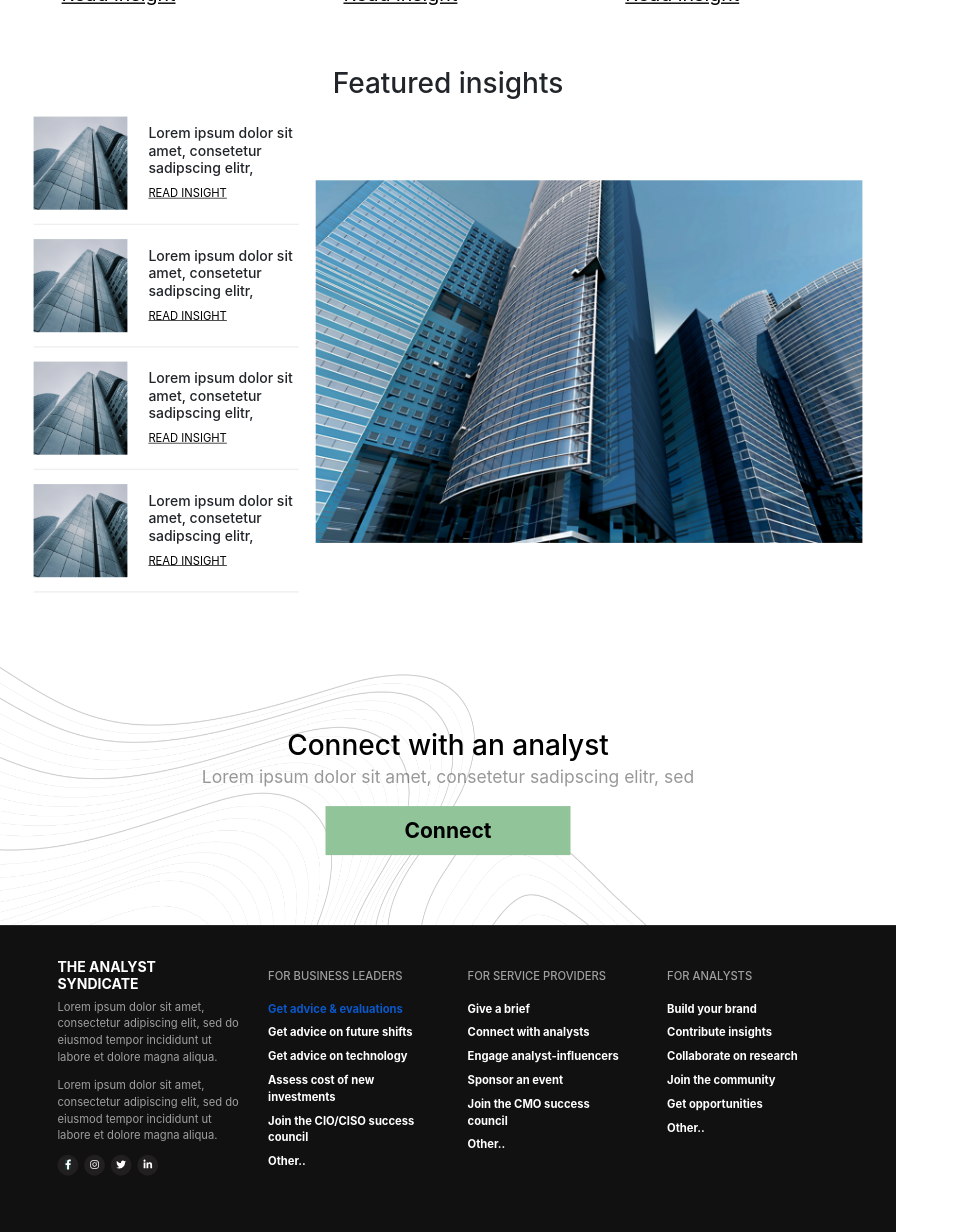
Repository: arif286/Business-webpage
Page: /
The author's editor kept a copy of each file at every save. The page is drawn from the files as they stood at one save, then again after the next save.
The browser window is 1280 px wide. The page is 1361 px wide, so the pictures cover 1361 px, including what lies to the right of the window. The pictures show the part of the page from y = 1942 to 3702 px (the page is 3702 px tall), at 70% of full size.
The pointer rests on the first visible `.list-item`.
The project was rebuilt for these pictures with package versions that can differ from the ones it lists, and the page was loaded fresh each time. Also part of the build but not shown: src/components/MainHeader/MainHeader.css, src/components/NotFound/NotFound.js.

Above is the page before, as saved 2021-05-27 21:17:51.

### src/App.js
import "bootstrap/dist/css/bootstrap.min.css";
import { BrowserRouter as Router, Route, Switch } from "react-router-dom";
import Home from "./components/Home/Home";
import NotFound from "./components/NotFound/NotFound";
function App() {
  return (
    <Router>
      <Switch>
        <Route path="/">
          <Home />
        </Route>
        <Route exact path="/">
          <Home />
        </Route>
        <Route path="*">
          <NotFound />
        </Route>
      </Switch>
    </Router>
  );
}

export default App;

### src/components/Home/Home.js
import React from 'react';
import Blog from '../Blog/Blog';
import Community from '../Community/Community';
import Contact from '../Contact/Contact';
import Featured from '../Featured/Featured';
import Footer from '../Footer/Footer';
import MainHeader from '../MainHeader/MainHeader';
import Testimonial from '../Testimonial/Testimonial';
import TopHeader from '../TopHeader/TopHeader';

const Home = () => {
    return (
        <>
            <TopHeader />
            <MainHeader />
            <Community />
            <Testimonial />
            <Blog />
            <Featured />
            <Contact />
            <Footer/>
        </>
    );
};

export default Home;

### src/components/Community/Community.js
import React from 'react';
import { Col, Row } from 'react-bootstrap';
import './Community.css';

const Community = () => {
    return (
      <div className='px-5'>
        <h2 className="engage-title">Engage with our community</h2>
        <Row>
          <Col md={12} lg={4} className="pb-4">
            <div className="engage-text engage-1">
              <p>Connect & Network with our community of thought leaders</p>
            </div>
          </Col>
          <Col md={12} lg={4} className="pb-4">
            <div className="engage-text engage-2">
              <p>Connect & Network with our community of thought leaders</p>
            </div>
          </Col>
          <Col md={12} lg={4} className="pb-4">
            <div className="engage-text engage-2">
              <p>Connect & Network with our community of thought leaders</p>
            </div>
          </Col>
        </Row>
      </div>
    );
};

export default Community;

### src/components/Contact/Contact.js
import React from 'react';
import './Contact.css';

const Contact = () => {
    return (
      <div className="connect-area">
        <div className="connect-wrap">
          <h3>Connect with an analyst</h3>
          <p>Lorem ipsum dolor sit amet, consetetur sadipscing elitr, sed</p>
          <a href="http">Connect</a>
        </div>
      </div>
    );
};

export default Contact;

### src/components/Featured/Featured.js
import React from "react";
import { Col, Row } from "react-bootstrap";
import sideBanner from "../../Images/f1.png";
import featuredImage from "../../Images/f3.png";
import FeaturedColumn from "./FeaturedColumn";

const FeaturedData = [
  {
    image: featuredImage,
    text: "Lorem ipsum dolor sit amet, consetetur sadipscing elitr,",
  },
  {
    image: featuredImage,
    text: "Lorem ipsum dolor sit amet, consetetur sadipscing elitr,",
  },
  {
    image: featuredImage,
    text: "Lorem ipsum dolor sit amet, consetetur sadipscing elitr,",
  },
  {
    image: featuredImage,
    text: "Lorem ipsum dolor sit amet, consetetur sadipscing elitr,",
  },

];
const Featured = () => {
  return (
    <div className="px-5">
      <h1 className='text-center mt-md-3 mb-4'>Featured insights</h1>
      <Row className='align-items-center'>
        <Col sm={12} lg={4}>
          {FeaturedData.map((item) => (
            <FeaturedColumn card={item} />
          ))}
        </Col>
        <Col sm={12} lg={8}>
          <img className='w-100' src={sideBanner} alt="" />
        </Col>
      </Row>
    </div>
  );
};

export default Featured;

### src/components/MainHeader/MainHeader.js
import { faBars } from '@fortawesome/free-solid-svg-icons';
import { FontAwesomeIcon } from "@fortawesome/react-fontawesome";
import React from 'react';
import { Nav, Navbar } from 'react-bootstrap';
import './MainHeader.css';
const MainHeader = () => {
    const Bars = <FontAwesomeIcon icon={faBars} />;
    return (
      <div className="container-fluid">
        <Navbar className="px-5" expand="md">
          <Navbar.Brand href="#home">{Bars}</Navbar.Brand>
          <Navbar.Toggle aria-controls="basic-navbar-nav" />
          <Navbar.Collapse id="basic-navbar-nav">
            <Nav className="mr-auto">
              <Nav.Link href="#home">Home</Nav.Link>
              <Nav.Link href="#link">Insights</Nav.Link>
              {/* <NavDropdown title="Dropdown" id="basic-nav-dropdown">
                <NavDropdown.Item href="#action/3.1">Action</NavDropdown.Item>
                <NavDropdown.Item href="#action/3.2">
                  Another action
                </NavDropdown.Item>
                <NavDropdown.Item href="#action/3.3">
                  Something
                </NavDropdown.Item>
                <NavDropdown.Divider />
                <NavDropdown.Item href="#action/3.4">
                  Separated link
                </NavDropdown.Item>
              </NavDropdown> */}
              <Nav.Link href="#link">Services</Nav.Link>
              <Nav.Link href="#link">Community</Nav.Link>
              <Nav.Link href="#link">Events</Nav.Link>
              <Nav.Link href="#link">About US</Nav.Link>
            </Nav>
          </Navbar.Collapse>
        </Navbar>
      </div>
    );
};

export default MainHeader;

### src/components/Testimonial/Testimonial.js
import React from "react";
import SliderImage from "../../Images/meer-shap.png";
import Image from '../../Images/meet.png';
import './Testimonial.css';

const Testimonial = () => {
  return (
    <div className="px-5">
      <div
        id="carouselExampleIndicators"
        class="carousel slide"
        data-bs-ride="carousel"
      >
        <div class="carousel-indicators">
          <button
            type="button"
            data-bs-target="#carouselExampleIndicators"
            data-bs-slide-to="0"
            class="active"
            aria-current="true"
            aria-label="Slide 1"
          ></button>
          <button
            type="button"
            data-bs-target="#carouselExampleIndicators"
            data-bs-slide-to="1"
            aria-label="Slide 2"
          ></button>
        </div>
        <div className="carousel-inner">
          <div class="carousel-item carousel-bg active">
            <div className="meet-bg">
              <img src={SliderImage} alt="" />
            </div>
            <div className="testi-btn">
              <a href="http">Testimonial</a>
            </div>
            <div className="row">
              <div className='d-lg-flex align-items-center '>
                <div className="meet-img text-center">
                  <img src={Image} alt="" />
                </div>
                <div className="meet-content text-center pb-5">
                  <h4>Meet Edward, CEO of HappyFoods</h4>
                  <p>
                    “Working with the syndicate involves carefully analysing
                    rapidly changing trends & creating the future”
                  </p>
                  <a href="http">CONNECT WITH AN ANALYST</a>
                </div>
              </div>
            </div>
          </div>
          <div class="carousel-item carousel-bg ">
            <div className="meet-bg">
              <img src={SliderImage} alt="" />
            </div>
            <div className="test-btn">
              <a href="http">Testimonial</a>
            </div>
            <div className="row">
              <div>
                <div className="meet-img">
                  <img src={Image} alt="" />
                </div>
                <div className="meet-content">
                  <h4>Meet Edward, CEO of HappyFoods</h4>
                  <p>
                    “Working with the syndicate involves carefully analysing
                    rapidly changing trends & creating the future”
                  </p>
                  <a href="http">CONNECT WITH AN ANALYST</a>
                </div>
              </div>
            </div>
          </div>
        </div>
      </div>
    </div>
  );
};

export default Testimonial;

### src/components/TopHeader/TopHeader.js
import { faFacebook, faInstagram, faLinkedin, faTwitter } from '@fortawesome/free-brands-svg-icons';
import { FontAwesomeIcon } from "@fortawesome/react-fontawesome";
import React from 'react';
import { Col, Row } from 'react-bootstrap';
import './TopHeader.css';

const TopHeader = () => {
    const Facebook = <FontAwesomeIcon icon={faFacebook} />;
    const Twitter = <FontAwesomeIcon icon={faTwitter} />;
    const Instagram = <FontAwesomeIcon icon={faInstagram} />;
    const LinkedIn = <FontAwesomeIcon icon={faLinkedin} />;
    return (
      <div className="header-top">
        <div className="container-fluid">
          <Row>
            <Col lg={12}>
              <div className="d-flex align-items-center justify-content-between">
                <div className="header-top-icon">
                  <a href="#h">{Facebook}</a>
                  <a href="#h">{Instagram}</a>
                  <a href="#h">{Twitter}</a>
                  <a href="#h">{LinkedIn}</a>
                </div>
                <div className='header-top-text'>
                  <p>The Analyst syndicate</p>
                </div>
                <div className="header-top-btn">
                  <a href='#l'>Let's Talk</a>
                </div>
              </div>
            </Col>
          </Row>
        </div>
      </div>
    );
};

export default TopHeader;

### src/components/Blog/Blog.css
.event-area {
  height: 900px;
  padding-bottom: 0;
  background: #fff;
}
.single-top p {
  font-size: 20px;
  color: #000;
  opacity: 0.5;
  line-height: 40px;
  margin-bottom: 10px;
}
.blog-img {
  position: relative;
}
.blog-img img {
  transition: 0.6s;
}
.ig-btn {
  width: 165px;
  height: 43px;
  background: #00a6fb;
  display: flex;
  align-items: center;
  justify-content: center;
  color: #fff;
  font-size: 17px;
  font-weight: 700;
  position: absolute;
  top: 30px;
  left: 20px;
  border: 2px solid transparent;
  transition: 0.3s;
}
.blog-wrap {
  position: relative;
}
.event-content-wrap.new-wrap {
  bottom: -327px;
}
.event-content-wrap {
  background: #fff;
  padding: 30px 40px;
  width: 508px;
  position: absolute;
  bottom: -137px;
}
.new-box-wrap h4 {
  font-size: 32px;
  color: #000000;
  line-height: 40px;
  font-weight: 700;
}
.new-box-wrap p {
  font-size: 20px;
  line-height: 40px;
  color: #000000;
  margin-bottom: 20px;
}
.new-box-wrap a {
  font-size: 28px;
  color: #000;
  text-decoration: underline;
}
@media (min-width: 1440px) and (max-width: 1800px) {
  .event-content-wrap {
    background: #fff;
    padding: 30px 40px;
    width: 424px;
    position: absolute;
    bottom: -137px;
  }
  .new-box-wrap h4 {
    font-size: 23px;
    line-height: 28px;
  }
  .new-box-wrap p {
    font-size: 18px;
    line-height: 32px;
    margin-bottom: 20px;
  }
  .new-box-wrap a {
    font-size: 21px;
  }
  .event-area {
    height: 800px;
  }
}

@media (min-width: 992px) and (max-width: 1200px) {
  .event-content-wrap.new-wrap {
    bottom: -223px;
    position: unset;
    bottom: 0;
    margin-top: -78px;
    position: relative;
  }
  .event-content-wrap {
    padding: 20px 20px;
    width: 268px;
    bottom: -137px;
  }
  .new-box-wrap h4 {
    font-size: 19px;
    line-height: 26px;
  }
  .new-box-wrap p {
    font-size: 18px;
    line-height: 25px;
    margin-bottom: 12px;
  }
  .new-box-wrap a {
    font-size: 20px;
  }
  .event-area {
    height: auto;
  }
}
@media (min-width: 1200px) and (max-width: 1400px) {
  .event-area {
    height: 720px;
  }
}

@media (min-width: 768px) and (max-width: 991px) {
  .event-content-wrap {
    padding: 20px 20px;
    width: 460px;
    bottom: -137px;
    position: relative;
    bottom: 0;
    margin-top: -55px;
  }
  .event-content-wrap.new-wrap {
    bottom: -223px;
    position: unset;
    bottom: 0;
    margin-top: -78px;
    position: relative;
  }
  .new-box-wrap h4 {
    font-size: 20px;
    line-height: 26px;
  }
  .new-box-wrap p {
    font-size: 18px;
    line-height: 25px;
    margin-bottom: 12px;
  }
  .event-area {
    height: auto;
  }
}
@media only screen and (min-width: 320px) and (max-width: 767px) {
  .single-top p {
    font-size: 18px;
    line-height: 25px;
    margin-bottom: 8px;
  }
  .event-content-wrap {
    padding: 20px 20px;
    width: 300px;
    bottom: -137px;
    position: relative;
    bottom: 0;
    margin-top: -55px;
  }
  .event-content-wrap.new-wrap {
    bottom: -223px;
    position: unset;
    bottom: 0;
    margin-top: -78px;
    position: relative;
  }
  .new-box-wrap h4 {
    font-size: 20px;
    line-height: 26px;
  }
  .new-box-wrap p {
    font-size: 18px;
    line-height: 25px;
    margin-bottom: 12px;
  }
  .event-area {
    height: auto;
  }
}

### src/components/Community/Community.css
.engage-1 {
  background-image: url(../../Images/e1.png);
}
.engage-2 {
  background-image: url(../../Images/e2.png);
}
.engage-3 {
  background-image: url(../../Images/e3.png);
}
.engage-text {
  height: 560px;
  background-size: 100% 100%;
  background-position: center center;
  padding-left: 50px;
  padding-bottom: 50px;
  display: flex;
  align-items: flex-end;
}
.engage-text p {
  margin: 0;
  color: #fff;
  font-size: 32px;
  font-weight: 700;
  line-height: 44px;
  max-width: 400px;
}
.engage-title {
  text-align: center;
  font-weight: 900;
  text-transform: uppercase;
  font-size: 35px;
  margin-top: 50px;
  margin-bottom: 50px;
}
@media (min-width: 768px) and (max-width: 991px) {
  .engage-text p {
    margin: 0;
    font-size: 20px;
    line-height: 25px;
  }
  .engage-title {
    text-align: center;
    font-weight: 900;
    text-transform: uppercase;
    font-size: 25px;
  }
}

### src/components/Contact/Contact.css
.connect-area {
  background-image: url(../../Images/conect-bg.png);
  padding-top: 170px;
  padding-bottom: 100px;
  background-size: 100% 100%;
  background-position: center;
}
.connect-wrap {
  text-align: center;
}
.connect-wrap h3 {
  font-size: 52px;
  color: #000;
  line-height: 104px;
  margin: 0;
}
.connect-wrap p {
  font-size: 30px;
  color: #000;
  opacity: 0.4;
  margin-bottom: 60px;
}
.connect-wrap a {
  width: 402px;
  height: 98px;
  background: #91c499;
  display: flex;
  align-items: center;
  justify-content: center;
  color: #000;
  border: 2px solid transparent;
  transition: 0.3s;
  font-size: 38px;
  font-weight: 700;
  margin: auto;
}

@media only screen and (min-width: 320px) and (max-width: 767px) {
  .connect-area {
    padding-top: 40px;
    padding-bottom: 40px;
  }
}
@media (min-width: 768px) and (max-width: 991px) {
  .connect-area {
    padding-top: 80px;
    padding-bottom: 80px;
  }
  .connect-wrap h3 {
    font-size: 30px;
    line-height: 46px;
    margin: 0;
  }
  .connect-wrap p {
    font-size: 25px;
    margin-bottom: 22px;
  }
  .connect-wrap a {
    width: 320px;
    height: 60px;
    font-size: 24px;
  }
}
@media (min-width: 992px) and (max-width: 1200px) {
  .connect-area {
    padding-top: 80px;
    padding-bottom: 80px;
  }
  .connect-wrap h3 {
    font-size: 30px;
    line-height: 46px;
    margin: 0;
  }
  .connect-wrap p {
    font-size: 25px;
    margin-bottom: 22px;
  }
  .connect-wrap a {
    width: 320px;
    height: 60px;
    font-size: 24px;
  }
}
@media (min-width: 1200px) and (max-width: 1439px) {
  .connect-wrap a {
    width: 350px;
    height: 70px;
    font-size: 30px;
  }
  .connect-wrap h3 {
    font-size: 40px;
    line-height: 55px;
    margin: 0;
  }
  .connect-wrap p {
    font-size: 25px;
    margin-bottom: 22px;
  }
}
@media (min-width: 1440px) and (max-width: 1800px) {
  .connect-area {
    padding-top: 100px;
    padding-bottom: 100px;
  }
  .connect-wrap h3 {
    font-size: 29px;
    line-height: 61px;
  }
  .connect-wrap p {
    font-size: 26px;
    color: #000;
    opacity: 0.4;
    margin-bottom: 24px;
  }
  .connect-wrap a {
    width: 338px;
    height: 67px;
    font-size: 25px;
  }
}

### src/components/Featured/FeaturedColumn.js
import React from 'react';
import './Featured.css';

const FeaturedColumn = ({ card }) => {
    console.log(card);
  return (
    <>
      <div className="single-featured-box">
        <img src={card.image} alt="" />
        <div className="featured-content">
          <h5>{card.text}</h5>
          <a href="http">READ INSIGHT</a>
        </div>
      </div>
    </>
  );
};

export default FeaturedColumn;

### src/components/Footer/Footer.css
.footer-area {
  background-color: #111111;
}

.footer-area li {
  padding-bottom: 10px;
}
.footer-single-widget h5 {
  /* color: #9f9f9f; */
  color: #fff;
  font-weight: 700;
}
.footer-single-widget p {
  color: #9f9f9f;
}
.side-column h6 {
  color: #9f9f9f;
}
.list-item {
  color: #fff;
  font-weight: 700;
}
.social-media li a {
  width: 30px;
  height: 30px;
  background: #211f20;
  display: inline-block;
  border-radius: 34px;
  text-align: center;
  color: #fff;
  font-size: 14px;
  line-height: 29px;
}
.social-media .active-icon {
  background-color: #1d3d3d;
  color: white;
}
.icon:hover {
  background-color: #1d4d4d;
  color: white;
}

### src/components/Footer/FooterCol.js
import React from "react";
import { Card } from "react-bootstrap";
import { Link } from "react-router-dom";

const FooterCol = (props) => {
  return (
    <div className="col-md-3 col-sm-6 side-column">
      <Card.Body>
        {props.menuTitle && <h6>{props.menuTitle}</h6>}

        <ul className="list-unstyled side-column mt-4">
          {props.menuItems.map((item, index) => (
            <li key={index}>
              <Link to={item.link} className="list-item">
                {item.name}
              </Link>
            </li>
          ))}
        </ul>
        {props.children && props.children}
      </Card.Body>
    </div>
  );
};

export default FooterCol;

### src/components/Testimonial/Testimonial.css
.carousel-bg {
  background-color: #111111;
}
.testi-btn a {
  width: 308px;
  height: 61px;
  color: #000;
  font-size: 28px;
  display: flex;
  align-items: center;
  justify-content: center;
  background: #91c499;
  position: absolute;
  top: 0;
  right: 0;
  border: 2px solid transparent;
  transition: 0.3s;
}
.meet-img img {
  width: 275px;
  height: 275px;
  margin-right: 35px;
  margin-left: 50px;
}
.meet-content {
  max-width: 970px;
}
.meet-content h4 {
  font-size: 39px;
  color: #fff;
  line-height: 56px;
  margin-bottom: 20px;
}
.meet-content p {
  font-size: 30px;
  color: #fff;
  line-height: 50px;
}
.meet-content a {
  color: #fff;
  font-size: 28px;
  text-decoration: underline;
  font-weight: 600;
}
@media (min-width: 992px) and (max-width: 1200px) {
  .meet-content h4 {
    font-size: 28px;
    line-height: 33px;
    margin-bottom: 6px;
  }
  .meet-content p {
    font-size: 22px;
    line-height: 29px;
    margin-bottom: 10px;
  }
  .meet-content a {
    font-size: 22px;
  }
}
@media only screen and (min-width: 320px) and (max-width: 767px) {
  .meet-content a {
    font-size: 16px;
  }
  .meet-content h4 {
    font-size: 21px;
    line-height: 26px;
    margin-bottom: 6px;
  }
  .meet-content p {
    font-size: 20px;
    line-height: 29px;
    margin-bottom: 17px;
  }
}

### src/components/TopHeader/TopHeader.css
a {
  text-decoration: none;
}
.header-top {
  padding-left: 77px;
  border-bottom: 2px solid #eeeeee;
}
.header-top-icon a {
  width: 30px;
  height: 30px;
  background: #211f20;
  display: inline-block;
  border-radius: 34px;
  text-align: center;
  color: #fff;
  font-size: 14px;
  line-height: 29px;
  margin-right: 7px;
}
.header-top-text p {
  margin: 0;
  font-size: 28px;
  color: #000000;
  font-weight: 700;
  line-height: 32px;
  text-transform: uppercase;
}
.header-top-btn a {
  width: 314px;
  height: 98px;
  background: #111111;
  border: 2px solid transparent;
  transition: 0.3s;
  display: flex;
  align-items: center;
  justify-content: space-between;
  padding-left: 74px;
  padding-right: 80px;
  font-size: 21px;
  color: #fff;
}

### src/components/Featured/Featured.css
.single-featured-box {
  display: flex;
  align-items: center;
  padding-bottom: 33px;
  margin-bottom: 33px;
  border-bottom: 2px solid #efefef;
}
.single-featured-box img {
  margin-right: 30px;
}
.featured-content h5 {
  font-size: 20px;
  line-height: 25px;
  margin-bottom: 10px;
}
.featured-content a {
  font-size: 19px;
  color: #000000;
  text-decoration: underline;
}
@media (min-width: 1200px) and (max-width: 1439px) {
  .single-featured-box {
    padding-bottom: 20px;
    margin-bottom: 20px;
  }
  .featured-content h5 {
    font-size: 20px;
    line-height: 25px;
    margin-bottom: 10px;
  }
  .featured-content a {
    font-size: 16px;
  }
}
@media (min-width: 992px) and (max-width: 1200px) {
  .single-featured-box {
    margin-top: 40px;
    display: block;
    padding-bottom: 10px;
    margin-bottom: 10px;
  }
  .featured-content h5 {
    font-size: 16px;
    line-height: 22px;
    margin-bottom: 7px;
  }
}
@media (min-width: 768px) and (max-width: 991px) {
  .single-featured-box {
    margin-top: 40px;
    display: block;
    padding-bottom: 10px;
    margin-bottom: 10px;
  }
  .featured-content h5 {
    font-size: 16px;
    line-height: 22px;
    margin-bottom: 7px;
  }
}
@media only screen and (min-width: 320px) and (max-width: 767px) {
  .single-featured-box {
    padding-bottom: 10px;
    margin-bottom: 10px;
    margin-top: 40px;
    display: block;
  }
  .featured-content h5 {
    font-size: 16px;
    line-height: 22px;
    margin-bottom: 7px;
  }
  .single-featured-box img {
    width: 100%;
    margin-right: 0px;
    height: 100px;
  }
}

Loaded but not shown: public/index.html (common file); src/index.js (common file); src/index.css (common file); public/manifest.json (common file); src/components/Blog/Blog.js (108 lines, source omitted); src/components/Footer/Footer.js (119 lines, source omitted)

After the next save:
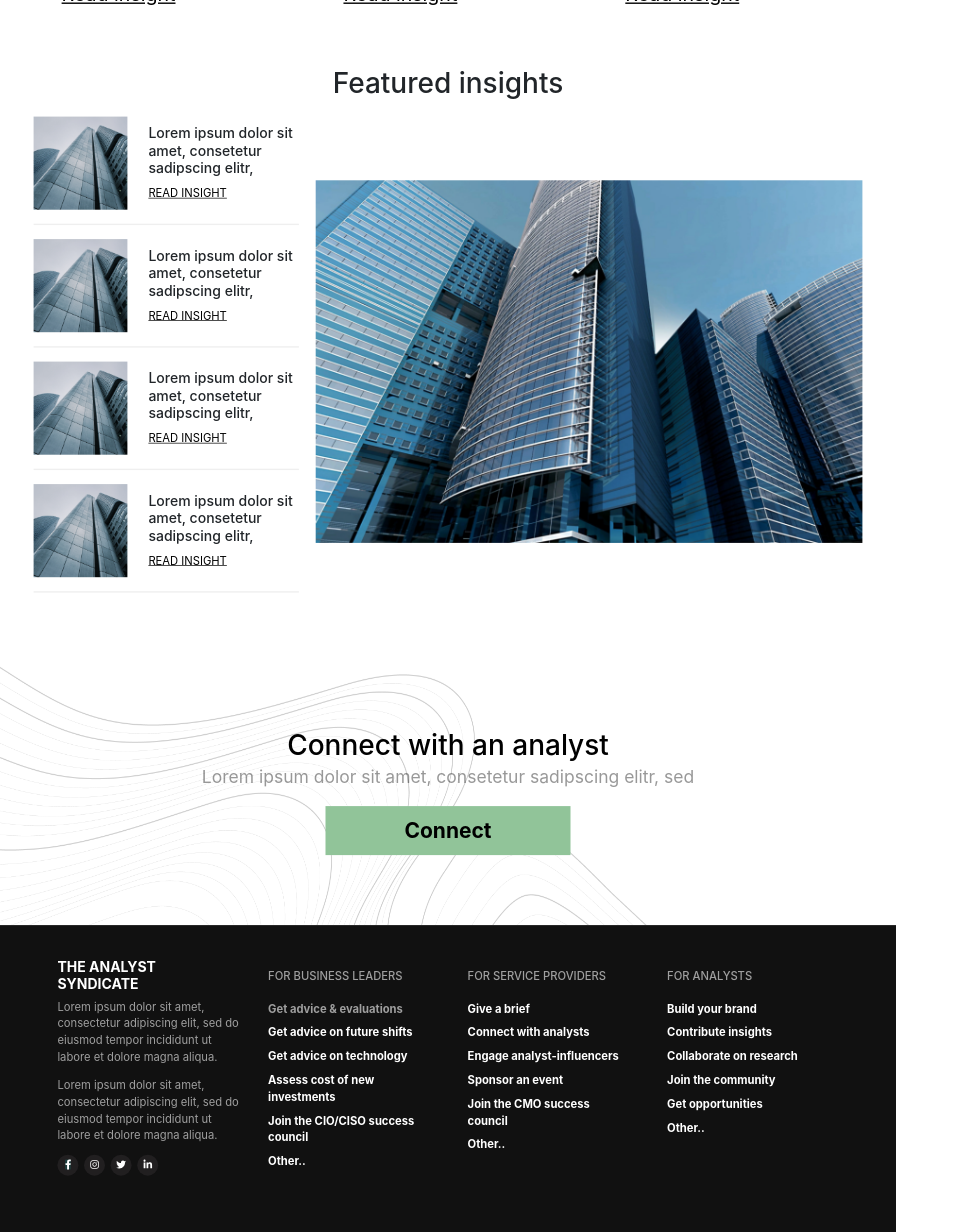
Saved 3 min 33 s later.
--- a/src/components/Footer/Footer.css
+++ b/src/components/Footer/Footer.css
@@ -20,6 +20,9 @@
   color: #fff;
   font-weight: 700;
 }
+.list-item:hover {
+  color: #9f9f9f;
+}
 .social-media li a {
   width: 30px;
   height: 30px;
